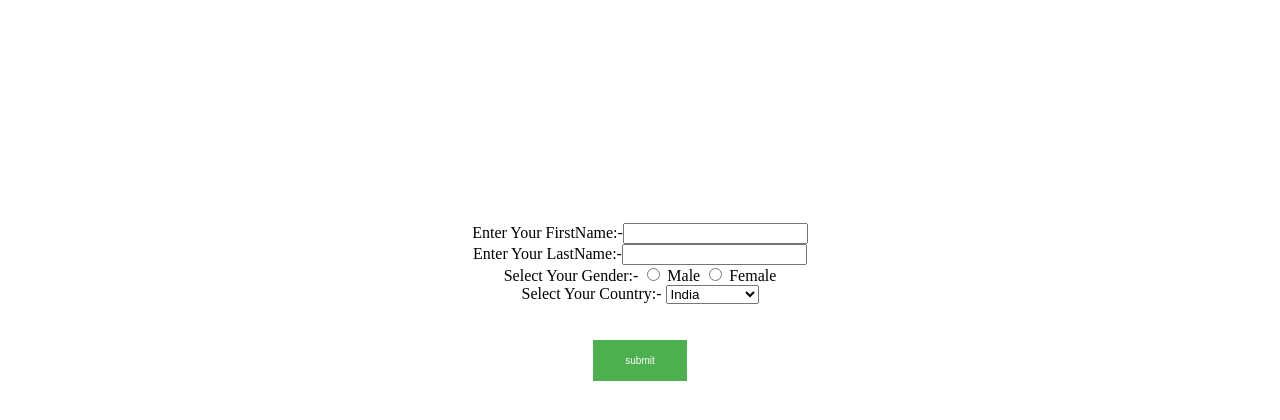
Repository: ErNitesh-d/java-program
Page: JAVA PROJECTS/ASSIGNMMENT_2/WebContent/index.html
These files come from the project's save history. The page is drawn as it stood at one moment and after the next save; the edit follows.
The browser window is 1280 px wide. The pictures show the whole page.

Above is the page before, as saved 2022-09-03 15:14:43.

### JAVA PROJECTS/ASSIGNMMENT_2/WebContent/index.html

<!DocType html>
<html>
<body>
<div style=" margin: auto;
width: 75%;
text-align: center;
padding: 70px 0;
border: 3px solid white;
text-align: header;
margin-top: 150px;">
<form action="Hello" method="get">
Enter Your FirstName:-<input type="text" name="FirstName"><br>
Enter Your LastName:-<input type="text" name="LastName"><br>
Select Your Gender:-
<input type="radio" id="Male" name="Gender" value="Male">
<label for="Male">Male</label>
<input type="radio" id="Female" name="Gender" value="Female">
<label for="Female">Female</label><br>
<label for="cars">Select Your Country:-</label>
<select name="Country" id="cars">
<option value="India">India</option>
<option value=" America">America</option>
<option value=" Afghanistan">Afghanistan</option>
<option value="Pakistan">Pakistan</option>
<option value="china">china</option>
</select><br>
<br>
<br>
<input type="submit" style=" position: relative; background-color: #4CAF50; /* Green */
border: none;
color: white;
padding: 15px 32px;
text-align: center;
text-decoration: none;
display: inline-block;
font-size: 10px;"value="submit">
</form>
</div>
</body>
</html>

After the next save:
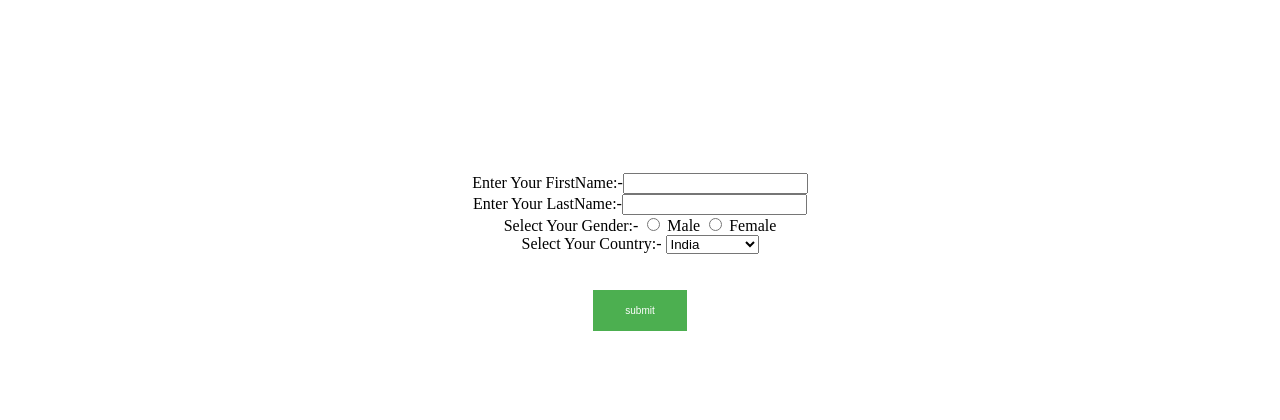
Saved 19 s later.
--- a/JAVA PROJECTS/ASSIGNMMENT_2/WebContent/index.html
+++ b/JAVA PROJECTS/ASSIGNMMENT_2/WebContent/index.html
@@ -8,7 +8,7 @@ text-align: center;
 padding: 70px 0;
 border: 3px solid white;
 text-align: header;
-margin-top: 150px;">
+margin-top: 100px;">
 <form action="Hello" method="get">
 Enter Your FirstName:-<input type="text" name="FirstName"><br>
 Enter Your LastName:-<input type="text" name="LastName"><br>
